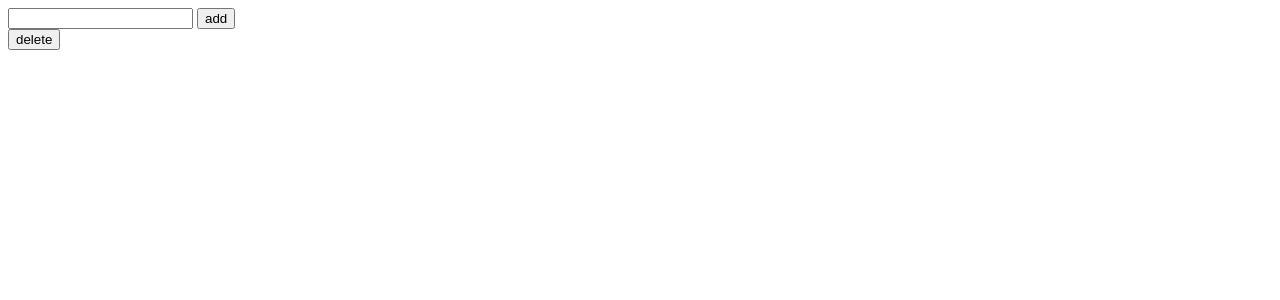
Repository: hafielyr/Mitrais-JavaServlet3Exercise
Page: http://localhost/ServletProject4/Servlet
These files come from the project's save history. The page is drawn as it stood at one moment and after the next save; the edit follows.
The browser window is 1280 px wide. The pictures show the whole page.
The page is served by Tomcat 9.

Above is the page before, as saved 2017-04-21 03:18:12.

### project4-exercise/ServletProject4/WebContent/hello.jsp
<%@ page language="java" contentType="text/html; charset=ISO-8859-1"
    pageEncoding="ISO-8859-1"%>
<%@taglib prefix="c" uri="http://java.sun.com/jsp/jstl/core"%>
<!DOCTYPE html PUBLIC "-//W3C//DTD HTML 4.01 Transitional//EN" "http://www.w3.org/TR/html4/loose.dtd">
<html>
<head>
<meta http-equiv="Content-Type" content="text/html; charset=ISO-8859-1">
<title>Insert title here</title>
</head>
<body>
<% session.setAttribute("input","input"); %>
<form name="frm" method="post" action="">
<input type="text" id="add" name="input"/>
<input type="submit" value="add" >
</form>
<c:forEach items="${Students}" var="d">
	<tr>
		<td>${d}</td>
	</tr>
</c:forEach>
<form name="delfrm" method="post" action="">
		<input type="hidden" id="del" name="delete" value="${d}"/>
		<input type="submit" value="delete" name="delete" onclick="this.disabled=true;">
		</form>
</body>
</html>

### project4-exercise/ServletProject4/src/ServletPackage/Servlet.java
package ServletPackage;

import java.io.IOException;
import java.util.ArrayList;

import javax.servlet.ServletException;
import javax.servlet.annotation.WebServlet;
import javax.servlet.http.HttpServlet;
import javax.servlet.http.HttpServletRequest;
import javax.servlet.http.HttpServletResponse;

/**
 * Servlet implementation class Servlet
 */
@WebServlet("/Servlet")
public class Servlet extends HttpServlet {
	private static final long serialVersionUID = 1L;
	ArrayList<String> Students=new ArrayList<String>();
	/**
	 * @see HttpServlet#doGet(HttpServletRequest request, HttpServletResponse response)
	 */
	protected void doGet(HttpServletRequest request, HttpServletResponse response) throws ServletException, IOException {
		// TODO Auto-generated method stub
		request.getSession().setAttribute("greeting", "hello");
		request.getRequestDispatcher("/hello.jsp").forward(request, response);
		//String input=(String)request.getSession().getAttribute("input");

	}

	protected void doPost(HttpServletRequest request, HttpServletResponse response) throws ServletException, IOException {
		String input =request.getParameter("input");
		Students.add(input);
		request.getSession().setAttribute("Students", Students);
		request.getRequestDispatcher("/hello.jsp").forward(request, response);
		String del =request.getParameter("delete");
		if(del!=null){
		int index=Students.indexOf(del);
		Students.remove(index);
		}
	}

}

After the next save:
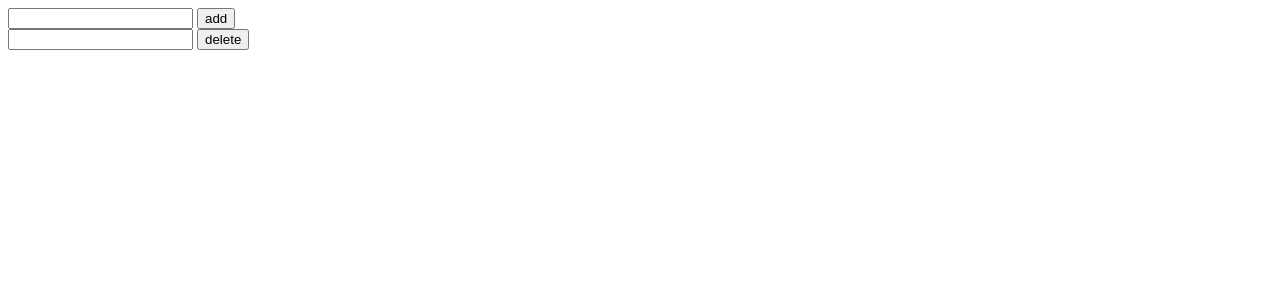
Saved 5 s later.
--- a/project4-exercise/ServletProject4/WebContent/hello.jsp
+++ b/project4-exercise/ServletProject4/WebContent/hello.jsp
@@ -19,7 +19,7 @@
 	</tr>
 </c:forEach>
 <form name="delfrm" method="post" action="">
-		<input type="hidden" id="del" name="delete" value="${d}"/>
+		<input type="text" id="del" name="delete" value="${d}"/>
 		<input type="submit" value="delete" name="delete" onclick="this.disabled=true;">
 		</form>
 </body>
